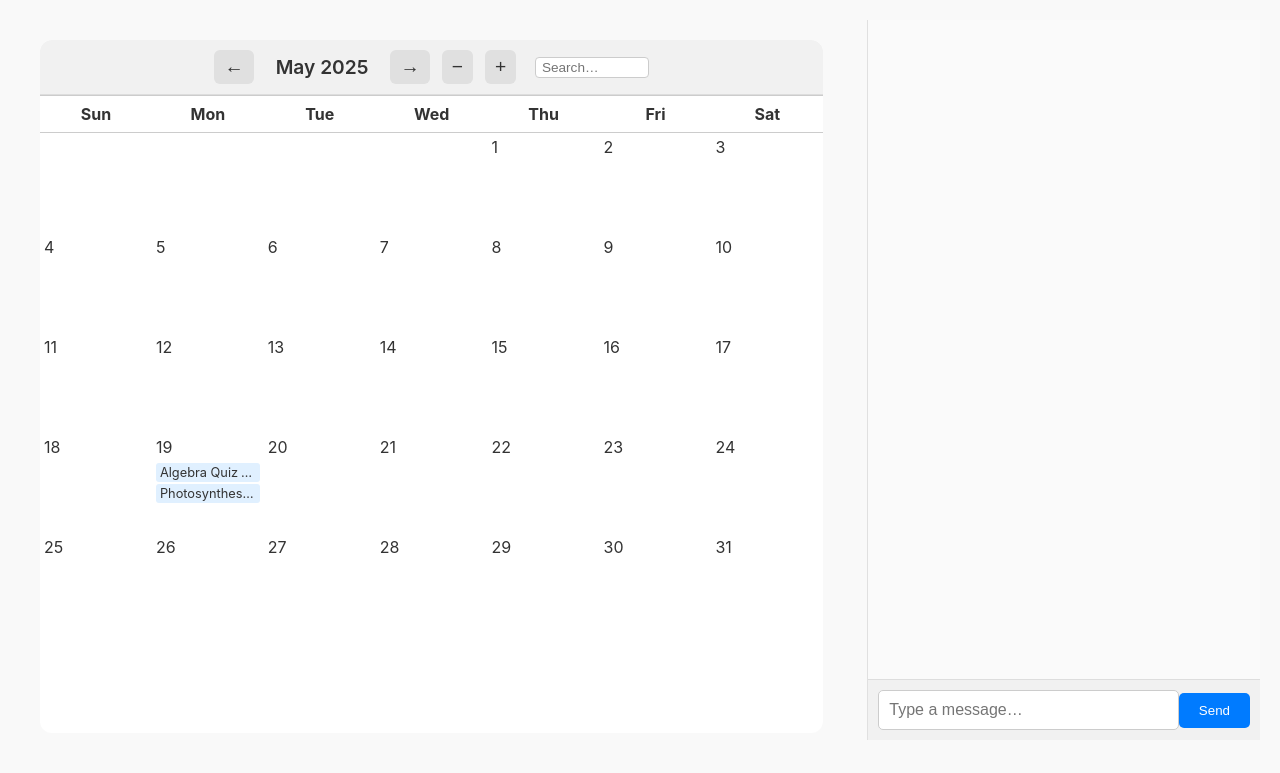
Repository: saifg123/Peer
Page: app.html
An editor plug-in stored every save of this project. The page is shown before and after the next save, followed by the edit.
The browser window is 1280 px wide. The pictures show the whole page.

Above is the page before, as saved 2025-05-20 13:13:28.

### app.html
<!DOCTYPE html>
<html lang="en">
<head>
  <meta charset="UTF-8" />
  <meta name="viewport" content="width=device-width, initial-scale=1.0"/>
  <title>Peer Calendar</title>
  <link rel="stylesheet" href="stylesapp.css" />
</head>
<body>
  <div class="app-container">
    <!-- Calendar Panel -->
    <div class="calendar-app">
      <div id="calendar-controls">
        <!-- your existing controls -->
        <button id="prev">&larr;</button>
        <div id="view-label">Month</div>
        <button id="next">&rarr;</button>
        <button id="zoom-out">−</button>
        <button id="zoom-in">+</button>
        <input id="event-search" placeholder="Search…"/>

      </div>
<div id="calendar-view"></div>
<!-- The calendar grid and its cells will be generated dynamically in the #calendar div below -->
<div id="calendar"></div>
    </div>
<div id="event-modal" class="hidden">
  <div id="event-modal-content">
    <div id="event-modal-header">
      <span id="event-modal-date"></span>
      <button id="event-modal-close">&times;</button>
    </div>
    <textarea id="event-modal-text" placeholder="Add a note..."></textarea>
    <button id="event-modal-save">Save</button>
  </div>
</div>


    <!-- Chat Panel (unchanged) -->
    <div class="chatbox">
      <div id="chat-messages" class="chat-messages"></div>
      <div class="chat-input-area">
        <input type="text" id="chat-input" placeholder="Type a message…" />
        <button id="chat-send">Send</button>
        <style>
          .app-container {
            display: flex;
            flex-direction: row;
            align-items: flex-start;
          }
          .calendar-app {
            flex: 2;
            min-width: 0;
          }
          .chatbox {
            flex: 1;
            min-width: 300px;
            max-width: 400px;
            margin-left: 24px;
            background: #fafafa;
            border-left: 1px solid #e0e0e0;
            height: 100vh;
            display: flex;
            flex-direction: column;
            position: sticky;
            top: 0;
          }
          .chat-messages {
            flex: 1;
            overflow-y: auto;
            padding: 16px;
            display: flex;
            flex-direction: column;
            gap: 10px;
          }
          .chat-message {
            max-width: 70%;
            padding: 10px 14px;
            border-radius: 16px;
            margin-bottom: 4px;
            word-break: break-word;
            display: inline-block;
            clear: both;
          }
          .chat-message.sent {
            align-self: flex-end;
            background: #007bff;
            color: #fff;
            border-bottom-right-radius: 4px;
            border-bottom-left-radius: 16px;
          }
          .chat-message.received {
            align-self: flex-start;
            background: #e4e6eb;
            color: #222;
            border-bottom-left-radius: 4px;
            border-bottom-right-radius: 16px;
          }
          .chat-input-area {
            display: flex;
            justify-content: space-between;
            align-items: center;
            padding: 10px;
            background-color: #f1f1f1;
          }
          #chat-input {
            width: 80%;
            padding: 10px;
            border-radius: 5px;
            border: 1px solid #ccc;
          }
          #chat-send {
            padding: 10px 20px;
            background-color: #007bff;
            color: white;
            border: none;
            border-radius: 5px;
            cursor: pointer;
          }
          #chat-send:hover {
            background-color: #0056b3;
          }
        </style>
      </div>
    </div>
  </div>
  <script src="script.js"></script>
</body>
</html>

### script.js
const calendarEl = document.getElementById("calendar");
const viewLabel   = document.getElementById("view-label");
const zoomLevels  = ["day","week","month","quarter","semester","year"];
const notes = {}; // now keys will be like "2025-05-17T14"

let currentIndex  = 2;           // start at month
let currentDate   = new Date();
let scrollDebounce;

const calendarData = {}; // key = 'YYYY-MM-DD', value = array of hour slots
// Controls
document.getElementById("zoom-in").onclick  = () => zoom(-1);
document.getElementById("zoom-out").onclick = () => zoom( 1);
document.getElementById("prev").onclick     = () => shift(-1);
document.getElementById("next").onclick     = () => shift( 1);

// Wheel-to-zoom
calendarEl.addEventListener("wheel", e=>{
  e.preventDefault();
  if (scrollDebounce) return;
  scrollDebounce = setTimeout(()=>scrollDebounce=null,300);
  zoom(e.deltaY>0?1:-1);
},{passive:false});

function zoom(dir){
  currentIndex = Math.min(zoomLevels.length-1, Math.max(0, currentIndex+dir));
  animate();
}

function shift(dir){
  const v = zoomLevels[currentIndex];
  if (v==="day")       currentDate.setDate(currentDate.getDate()+dir);
  else if (v==="week")  currentDate.setDate(currentDate.getDate()+7*dir);
  else if (v==="month") currentDate.setMonth(currentDate.getMonth()+dir);
  else if (v==="quarter")  shiftQuarter(dir);
  else if (v==="semester") shiftSemester(dir);
  else if (v==="year")     shiftYear(dir);
  animate();
}

// Quarter: Q1=Sept–Nov, Q2=Nov–Jan, Q3=Jan–Mar, Q4=Mar–Jun
function shiftQuarter(dir){
  const m = currentDate.getMonth(), y = currentDate.getFullYear();
  const starts = [8, 10, 0, 2]; // September, November, January, March
  let q = starts.findIndex((s,i)=>{
    const e = starts[(i+1)%4];
    return s < e ? m >= s && m < e : m >= s || m < e;
  });
  if (q<0) q = 0;
  let newQ = (q + dir + 4) % 4;
  let newYear = y + Math.floor((starts[q] + dir*3) / 12);
  currentDate = new Date(newYear, starts[newQ], 1);
}

// Spring: Jan–May, Fall: Sept–Dec
function shiftSemester(dir){
  const m = currentDate.getMonth(), y = currentDate.getFullYear();
  if (m <= 4) {
    // spring → fall
    currentDate = dir>0 ? new Date(y,8,1) : new Date(y-1,8,1);
  } else {
    // fall → spring
    currentDate = dir>0 ? new Date(y+1,0,1) : new Date(y,0,1);
  }
}

// School year: Sept–May
function shiftYear(dir){
  const y = currentDate.getFullYear() + dir;
  currentDate = new Date(y,8,1);
}

function animate(){
  const wrapper = document.createElement("div");
  wrapper.className = "calendar-view transitioning";
  viewLabel.textContent = labelFor(zoomLevels[currentIndex]);
  wrapper.innerHTML = renderView(zoomLevels[currentIndex]);
  calendarEl.innerHTML = "";
  calendarEl.append(wrapper);
  void wrapper.offsetWidth;
  requestAnimationFrame(() => wrapper.classList.remove("transitioning"));
  wrapper.addEventListener("click", onCellClick);

  // ✅ Fix: Add note button logic only in Day view
  const btn = wrapper.querySelector("#open-note-day");
  if (btn) {
    btn.onclick = () => {
  selectedDate = new Date(currentDate);
  const key = selectedDate.toISOString().slice(0, 10);
  modalDate.textContent = selectedDate.toDateString();
  modalText.value = notes[key] || "";
  modal.dataset.noteKey = key; // <-- THIS LINE WAS MISSING
  modal.classList.remove("hidden");
};

  }
}


function onCellClick(e) {
  const view = zoomLevels[currentIndex];

  // QUARTER -> MONTH
  if (view === "quarter") {
    const tile = e.target.closest(".month-tile");
    if (!tile) return;
    const title = tile.querySelector(".month-title").textContent;
    const [monthName, yearStr] = title.split(" ");
    const monthIndex = new Date(`${monthName} 1, ${yearStr}`).getMonth();
    currentDate = new Date(parseInt(yearStr), monthIndex, 1);
    zoom(-1); // down to month

  }

  // MONTH -> WEEK
  else if (view === "month") {
    const cell = e.target.closest(".month-cell");
    if (!cell || cell.classList.contains("empty")) return;
    const dayNum = parseInt(cell.textContent, 10);
    if (isNaN(dayNum)) return;
    const m = currentDate.getMonth(), y = currentDate.getFullYear();
    currentDate = new Date(y, m, dayNum);
    zoom(-1); // down to week
  }

  // WEEK -> DAY
  else if (view === "week") {
    const cell = e.target.closest(".week-cell");
    if (!cell) return;
    const row = cell.parentElement;
    const idx = Array.from(row.children).indexOf(cell);
    const start = new Date(currentDate);
    start.setDate(start.getDate() - start.getDay());
    currentDate = new Date(start.getFullYear(), start.getMonth(), start.getDate() + idx);
    zoom(-1); // down to day
  }

  // DAY -> no further zoom (shows hours)
}

// Label for header
function labelFor(view) {
  if (view === "day") {
    return currentDate.toLocaleDateString(undefined, { weekday:"long", month:"long", day:"numeric" });
  }
  if (view === "week") {
    const s = new Date(currentDate);
    s.setDate(s.getDate() - s.getDay());
    return "Week of " + s.toLocaleDateString(undefined, { month:"long", day:"numeric" });
  }
  if (view === "month") {
    return currentDate.toLocaleDateString(undefined, { month:"long", year:"numeric" });
  }
  if (view === "quarter") {
    const m = currentDate.getMonth();
    const qNum = Math.floor(((m+4)%12)/3) + 1;
    return `Q${qNum} ${currentDate.getFullYear()}`;
  }
  if (view === "semester") {
    return (currentDate.getMonth() <= 4 ? "Spring" : "Fall") + " Semester " + currentDate.getFullYear();
  }
  // year
  return `School Year ${currentDate.getFullYear()}–${(currentDate.getFullYear()+1+"").slice(-2)}`;
}

function renderView(view) {
  if (view === "day")      return renderDay();
  if (view === "week")     return renderWeek();
  if (view === "month")    return renderMonthGrid();
  if (view === "quarter")  return renderMulti(getQuarterMonths());
  if (view === "semester") return renderMulti(getSemesterMonths());
  return renderMulti(getSchoolYearMonths());
}

function renderDay() {
  const label = currentDate.toLocaleDateString(undefined, {
    weekday: "long", month: "long", day: "numeric"
  });

  const dateStr = currentDate.toISOString().slice(0, 10);
  initializeDay(dateStr); // ensure data exists

  let html =
    `<div class="day-header">` +
      `<span>${label}</span>` +
      `<button id="open-note-day">Add Note</button>` +
    `</div>`;

  // ✅ Show note banner ONCE
  if (notes[dateStr]) {
    html += `<div class="note-banner" draggable="true">${notes[dateStr]}</div>`;

  }

  html += `<div class="day-grid">`;

 for (let h = 0; h < 24; h++) {
  const hourStr = String(h).padStart(2, '0');
  const hourKey = `${dateStr}T${hourStr}`;
  html += `<div class="day-cell" data-date="${hourKey}"><span>${h}:00</span>`;
  if (notes[hourKey]) {
    html += `<div class="note-banner" draggable="true" data-note-key="${hourKey}">${notes[hourKey]}</div>`;
  }
  html += `</div>`;
}


  return html + `</div>`;
}





function renderWeek() {
  const start = new Date(currentDate);
  start.setDate(start.getDate() - start.getDay());
  let html = `<div class="week-grid"><div class="week-labels">`;

  for (let i = 0; i < 7; i++) {
    const d = new Date(start);
    d.setDate(start.getDate() + i);
    html += `<div class="week-label">${d.toLocaleDateString(undefined, { weekday:"short", day:"numeric" })}</div>`;
  }
  html += `</div>`;

  for (let h = 0; h < 24; h++) {
    html += `<div class="week-row">`;
    for (let i = 0; i < 7; i++) {
      const d = new Date(start);
      d.setDate(start.getDate() + i);
      const dateStr = d.toISOString().slice(0,10);
      initializeDay(dateStr);
      const events = calendarData[dateStr][h];
      const hourStr = String(h).padStart(2, '0');
const hourKey = `${dateStr}T${hourStr}`;
      html += `<div class="week-cell" data-date="${hourKey}">`;
for (const e of events) {
  html += `<div class="event-item">${e.title}<small> (${e.className})</small></div>`;
}

if (notes[hourKey]) {
  html += `<div class="note-banner" draggable="true" data-note-key="${hourKey}">${notes[hourKey]}</div>`;
}


html += `</div>`;

    }
    html += `</div>`;
  }

  return html + `</div>`;
}


function renderMonthGrid() {
  const y = currentDate.getFullYear(), m = currentDate.getMonth();
  const firstDay = new Date(y, m, 1).getDay(), total = new Date(y, m+1, 0).getDate();
  let html = `<div class="month-grid"><div class="month-labels">` +
    ["Sun","Mon","Tue","Wed","Thu","Fri","Sat"].map(d=>`<div class="month-label">${d}</div>`).join("") +
    `</div>`;

  let d = 1;
  for (let row = 0; row < 6; row++) {
    for (let col = 0; col < 7; col++) {
      if ((row === 0 && col < firstDay) || d > total) {
        html += `<div class="month-cell empty"></div>`;
      } else {
        const dateStr = new Date(y, m, d).toISOString().slice(0, 10);
        initializeDay(dateStr);
        const assignments = calendarData[dateStr].flat(); // all hours
        html += `<div class="month-cell" data-date="${dateStr}"><div>${d}</div>`;
html += `<div class="month-events">`;

        for (const e of assignments) {
          html += `<div class="event-item">${e.title}<small> (${e.className})</small></div>`;
        }
     if (notes[dateStr]) {
  html += `<div class="note-banner" draggable="true" data-note-key="${dateStr}">${notes[dateStr]}</div>`;
} else {
  for (let h = 0; h < 24; h++) {
    const hourKey = `${dateStr}T${String(h).padStart(2, '0')}`;
    if (notes[hourKey]) {
      html += `<div class="note-banner" draggable="true" data-note-key="${hourKey}">${notes[hourKey]}</div>`;
      break;
    }
  }
}



html += `</div>`;

        html += `</div>`;
        d++;
      }
    }
  }
  return html + `</div>`;
}


function getQuarterMonths() {
  const m = currentDate.getMonth(), y = currentDate.getFullYear();
  const starts = [8,10,0,2];
  const q = starts.findIndex((s,i)=>{
    const e = starts[(i+1)%4];
    return s<e ? m>=s && m<e : m>=s || m<e;
  }) || 0;
  const start = starts[q];
  const yearAdjust = (start>m) ? y-1 : y;
  return Array.from({length:3},(_,i)=> new Date(yearAdjust, start+i,1));
}

function getSemesterMonths() {
  const m = currentDate.getMonth(), y = currentDate.getFullYear();
  if (m <= 4) {
    return Array.from({length:5},(_,i)=> new Date(y,i,1));
  } else {
    return Array.from({length:4},(_,i)=> new Date(y,8+i,1));
  }
}

function getSchoolYearMonths() {
  const m = currentDate.getMonth(), y = currentDate.getFullYear();
  const startYear = (m>=8)? y : y-1;
  const fall   = Array.from({length:4},(_,i)=> new Date(startYear,8+i,1));
  const spring = Array.from({length:5},(_,i)=> new Date(startYear+1,i,1));
  return fall.concat(spring);
}

function renderMulti(months) {
  const highlights = [
    {month:10,day:5}, {month:0,day:23},
    {month:2,day:28}, {month:5,day:4}
  ];
  let html = `<div class="multi-month-grid">`;
  months.forEach(md=>{
    const y=md.getFullYear(), mm=md.getMonth();
    const tot=new Date(y,mm+1,0).getDate(), fd=new Date(y,mm,1).getDay();
    html+=`<div class="month-tile"><div class="month-title">${
      md.toLocaleString(undefined,{month:"long",year:"numeric"})
    }</div><div class="month-weekdays">${
      ["Sun","Mon","Tue","Wed","Thu","Fri","Sat"]
      .map(d=>`<div>${d}</div>`).join("")
    }</div><div class="month-days">`;
    for(let i=0;i<fd;i++) html+=`<div class="day empty"></div>`;
    for(let dd=1;dd<=tot;dd++){
      const hl=highlights.some(h=>h.month===mm&&h.day===dd);
      html+=`<div class="day${hl?" highlight":""}">${dd}</div>`;
    }
    html+=`</div></div>`;
  });
  return html+`</div>`;
}

// initial render
animate();
// ===== Simple Chatbox Logic =====
const chatInput    = document.getElementById("chat-input");
const chatSend     = document.getElementById("chat-send");
const chatMessages = document.getElementById("chat-messages");

chatSend.onclick = sendChat;
chatInput.addEventListener("keydown", e => {
  if (e.key === "Enter") sendChat();
});

function sendChat() {
  const text = chatInput.value.trim();
  if (!text) return;
  // user message
  const userMsg = document.createElement("div");
  userMsg.className = "chat-message user";
  userMsg.textContent = text;
  chatMessages.appendChild(userMsg);
  chatInput.value = "";
  chatMessages.scrollTop = chatMessages.scrollHeight;

  // (Optional) simple bot echo
  setTimeout(() => {
    const botMsg = document.createElement("div");
    botMsg.className = "chat-message bot";
    botMsg.textContent = `You said: "${text}"`;
    chatMessages.appendChild(botMsg);
    chatMessages.scrollTop = chatMessages.scrollHeight;
  }, 500);
}
// ─── NEW: Search / Filter ───
document.getElementById("event-search").addEventListener("input", e => {
  const term = e.target.value.toLowerCase();
  document.querySelectorAll(".event-item").forEach(el => {
    el.style.display = el.textContent.toLowerCase().includes(term) ? "" : "none";
  });
});
const modal         = document.getElementById("event-modal");
const modalText     = document.getElementById("event-modal-text");
const modalDate     = document.getElementById("event-modal-date");
const modalClose    = document.getElementById("event-modal-close");
const modalSave     = document.getElementById("event-modal-save");

let selectedDate = null;


modalClose.onclick = () => {
  modal.classList.add("hidden");
  modal.dataset.noteKey = null;
};

modalSave.onclick = () => {
  const key = modal.dataset.noteKey;
  const value = modalText.value.trim();

  if (!key) return;

  if (value) {
    notes[key] = value;
  } else {
    delete notes[key];
  }

  modal.classList.add("hidden");

  // Force re-render to reflect saved note
  requestAnimationFrame(() => {
    animate();
  });
};



// ─── NEW: Double-click in Day View to open modal ───
calendarEl.addEventListener("dblclick", e => {
  if (zoomLevels[currentIndex] !== "day") return;

  const cell = e.target.closest(".day-cell");
  if (!cell) return;

  const hourKey = cell.dataset.date;
  if (!hourKey) return;

  selectedDate = new Date(hourKey);
  modalDate.textContent = selectedDate.toString();
  modalText.value = notes[hourKey] || "";

  modal.dataset.noteKey = hourKey;
  modal.classList.remove("hidden");
});







function initializeDay(dateStr) {
  if (!calendarData[dateStr]) {
    calendarData[dateStr] = Array.from({ length: 24 }, () => []);
  }
}
function addAssignment({ dueDate, dueTime, className, assignmentTitle }) {
  const dateStr = dueDate; // Format: 'YYYY-MM-DD'
  const hour = parseInt(dueTime.split(':')[0], 10); // Extract hour from time

  initializeDay(dateStr);

  calendarData[dateStr][hour].push({
    title: assignmentTitle,
    className,
    time: dueTime
  });
}
// === MOCK TEST DATA ===
addAssignment({
  dueDate: new Date().toISOString().split("T")[0], // today's date in 'YYYY-MM-DD'
  dueTime: "14:00",
  className: "Biology",
  assignmentTitle: "Photosynthesis Worksheet"
});

addAssignment({
  dueDate: new Date().toISOString().split("T")[0], // today
  dueTime: "10:00",
  className: "Math",
  assignmentTitle: "Algebra Quiz"
});

// Force re-render to show them
animate();
// ─── Drag-and-Drop Notes (Single Handler Set) ───
let draggedNoteKey = null;

// Handle drag start
calendarEl.addEventListener("dragstart", (e) => {
  const banner = e.target.closest(".note-banner");
  if (!banner) return;
  draggedNoteKey = banner.dataset.noteKey;
  e.dataTransfer.setData("text/plain", draggedNoteKey);
  e.dataTransfer.effectAllowed = "move";
});

// Allow drop on valid cells
calendarEl.addEventListener("dragover", (e) => {
  const cell = e.target.closest(".day-cell, .week-cell, .month-cell");
  if (!cell) return;
  e.preventDefault();
  e.dataTransfer.dropEffect = "move";
});

// Handle drop: move the note to new location
calendarEl.addEventListener("drop", (e) => {
  const cell = e.target.closest(".day-cell, .week-cell, .month-cell");
  if (!cell || !draggedNoteKey) return;
  e.preventDefault();

  const newKey = cell.dataset.date;
  const text = notes[draggedNoteKey];
  if (!text || !newKey || newKey === draggedNoteKey) return;

  // Move note to new key
  delete notes[draggedNoteKey];
  notes[newKey] = text;

  draggedNoteKey = null;

  animate(); // rerender view
});

Loaded but not shown: stylesapp.css (473 lines, source omitted)

After the next save:
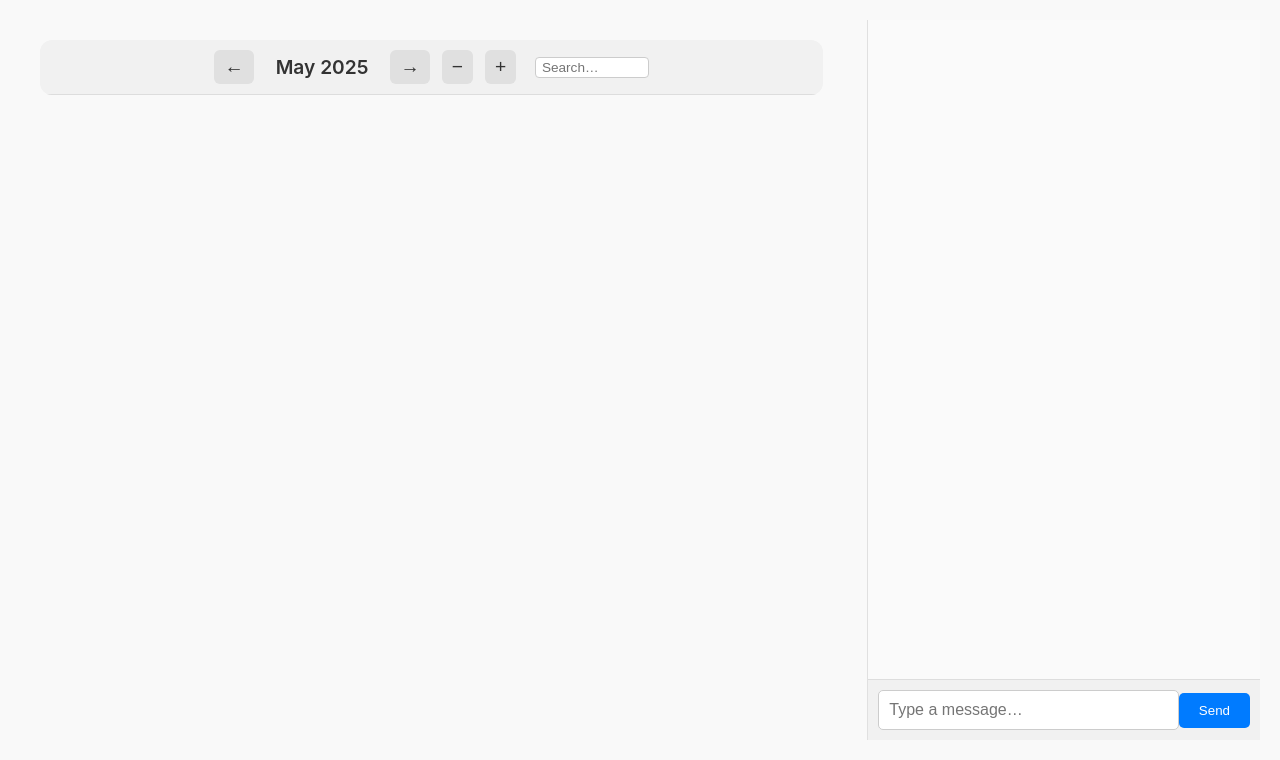
Console error: ReferenceError: assignments is not defined
Saved 113 s later.
--- a/script.js
+++ b/script.js
@@ -269,7 +269,8 @@
       } else {
         const dateStr = new Date(y, m, d).toISOString().slice(0, 10);
         initializeDay(dateStr);
-        const assignments = calendarData[dateStr].flat(); // all hours
+        // all hours
+        // (No-op, kept for compatibility. Notes are rendered below with .note-banner and draggable="true" for drag-and-drop animation)
         html += `<div class="month-cell" data-date="${dateStr}"><div>${d}</div>`;
 html += `<div class="month-events">`;
 
@@ -526,3 +527,14 @@
 
   animate(); // rerender view
 });
+/* Animate note-banner when dragging */
+calendarEl.addEventListener("dragstart", (e) => {
+  const banner = e.target.closest(".note-banner");
+  if (banner) {
+    banner.classList.add("dragging");
+  }
+});
+
+calendarEl.addEventListener("dragend", (e) => {
+  document.querySelectorAll(".note-banner.dragging").forEach(b => b.classList.remove("dragging"));
+});

After the save that followed:
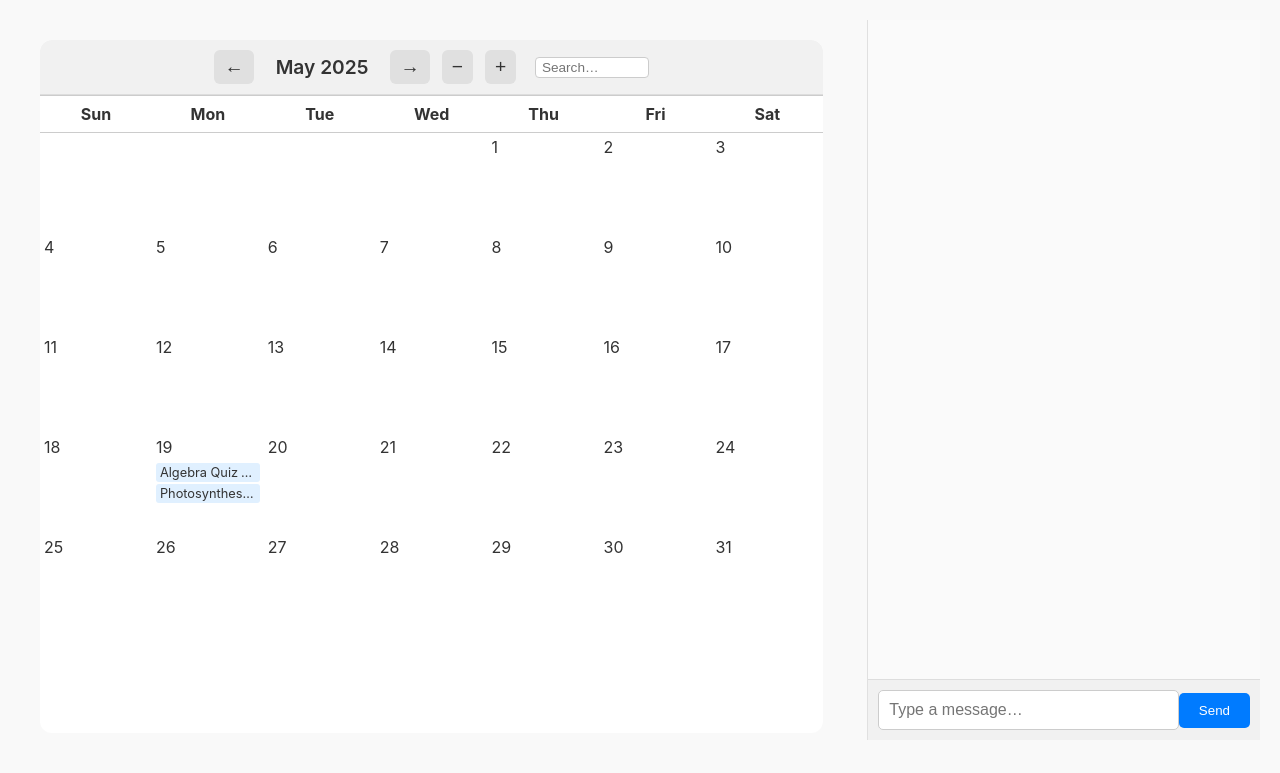
The error is gone.
Saved 53 s later.
--- a/script.js
+++ b/script.js
@@ -274,8 +274,11 @@
         html += `<div class="month-cell" data-date="${dateStr}"><div>${d}</div>`;
 html += `<div class="month-events">`;
 
-        for (const e of assignments) {
-          html += `<div class="event-item">${e.title}<small> (${e.className})</small></div>`;
+        for (let h = 0; h < 24; h++) {
+          const events = calendarData[dateStr][h];
+          for (const e of events) {
+            html += `<div class="event-item">${e.title}<small> (${e.className})</small></div>`;
+          }
         }
      if (notes[dateStr]) {
   html += `<div class="note-banner" draggable="true" data-note-key="${dateStr}">${notes[dateStr]}</div>`;
